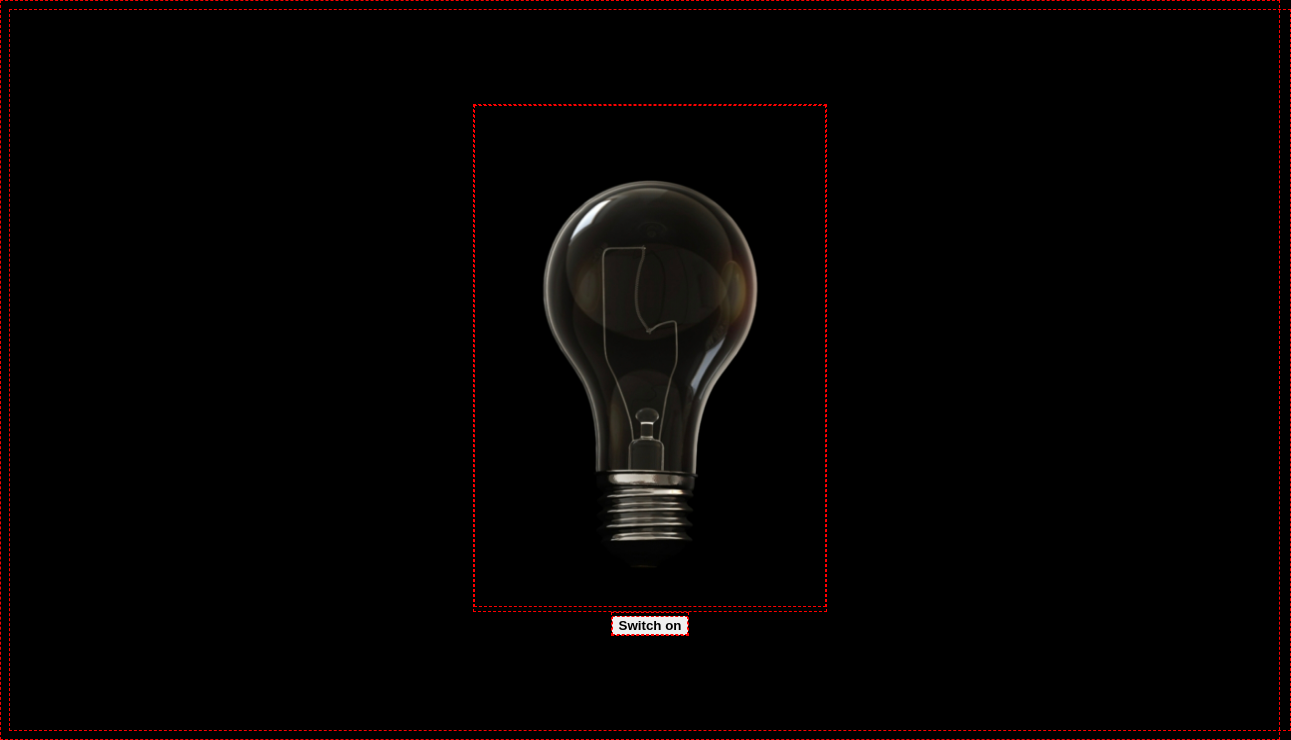
Repository: JunaidAnsari202/bulb
Page: index.html
These files come from the project's save history. The page is drawn as it stood at one moment and after the next save; the edit follows.
The browser window is 1280 px wide. The page is 1291 px wide, then 1288 px, so the pictures cover 1291 px, including what lies to the right of the window. The pictures show the whole page.

Above is the page before, as saved 2023-10-27 18:04:14.

After the next save:
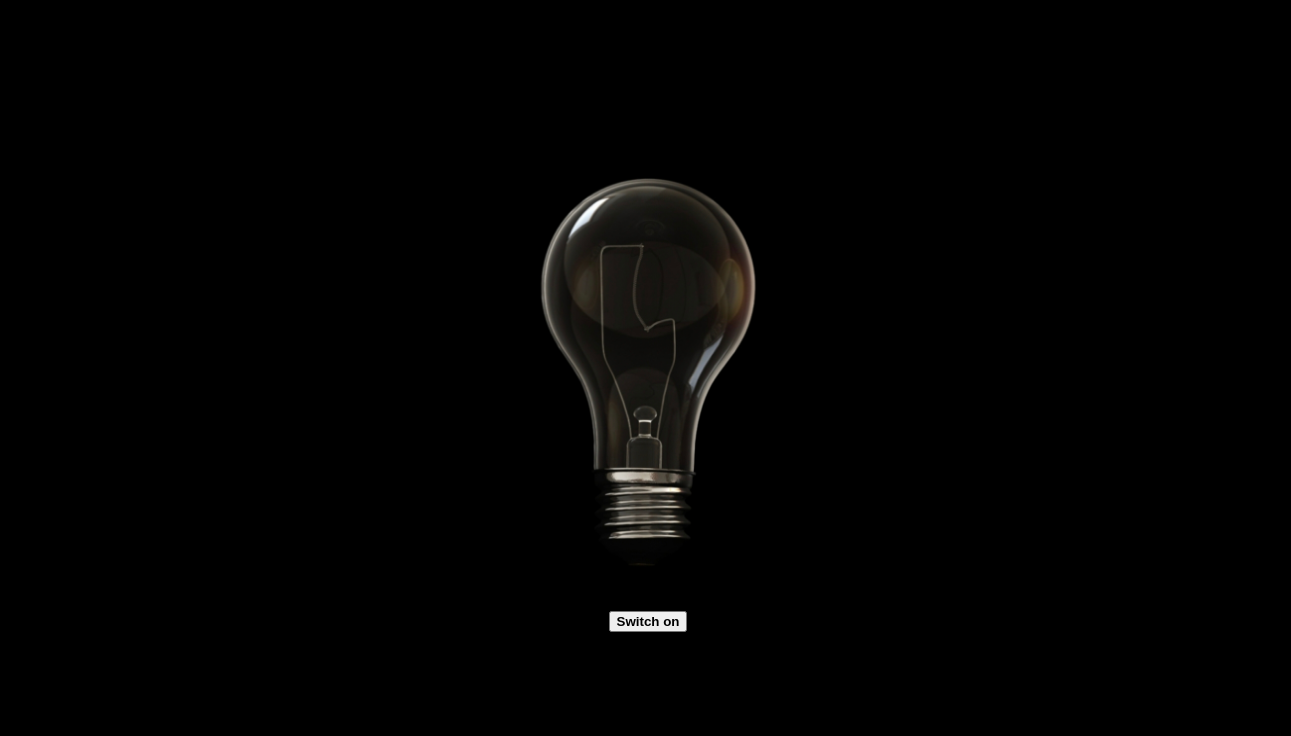
Saved 9 s later.
--- a/style.css
+++ b/style.css
@@ -9,7 +9,7 @@ body{
     flex-direction: column;
 }
 *{
-    border: 1px red dashed;
+    /* border: 1px red dashed; */
 
 }
 .bulb{
